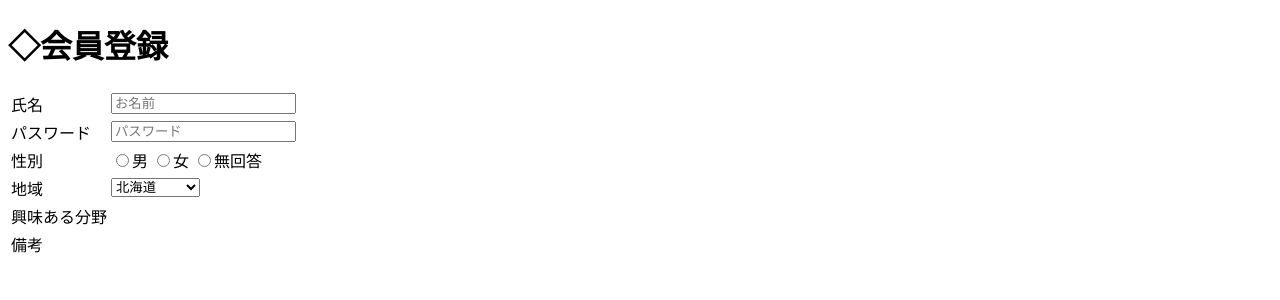
Repository: hideck/STSWorkspace
Page: Registration/src/main/resources/static/input.html
The author's editor kept a copy of each file at every save. The page is drawn from the files as they stood at one save, then again after the next save.
The browser window is 1280 px wide. The pictures show the whole page.

Above is the page before, as saved 2022-06-22 12:47:54.

### Registration/src/main/resources/static/input.html
<!doctype html>
<html lang="ja">
<head>
	<meta charset="UTF-8" />
	<title>会員登録</title>
</head>
<body>
	<h1>◇会員登録</h1>
	<table>
		<tr>
			<td>氏名</td>
			<td><input type="text" name="name" placeholder="お名前"/></td>
		</tr>
		<tr>
			<td>パスワード</td>
			<td><input type="password" name="password" placeholder="パスワード"td>
		</tr>
		<tr>
			<td>性別</td>
			<td><input type="radio" name="gender" id="1" />男
			<input type="radio" name="gender" id="2" />女
			<input type="radio" name="gender" id="3" />無回答</td>
		</tr>
		<tr>
			<td>地域</td>
			<td><select name="area">
			<option value="1">北海道</option>
			<option value="2">東北</option>
			<option value="3">関東</option>
			<option value="4">中部</option>
			<option value="5">関西</option>
			<option value="6">中国</option>
			<option value="7">四国</option>
			<option value="8">九州・沖縄</option>
			</select></td>
		</tr>
		<tr>
			<td>興味ある分野</td>
			<td></td>
		</tr>
		<tr>
			<td>備考</td>
			<td></td>
		</tr>
	</table>
</body>
</html>

After the next save:
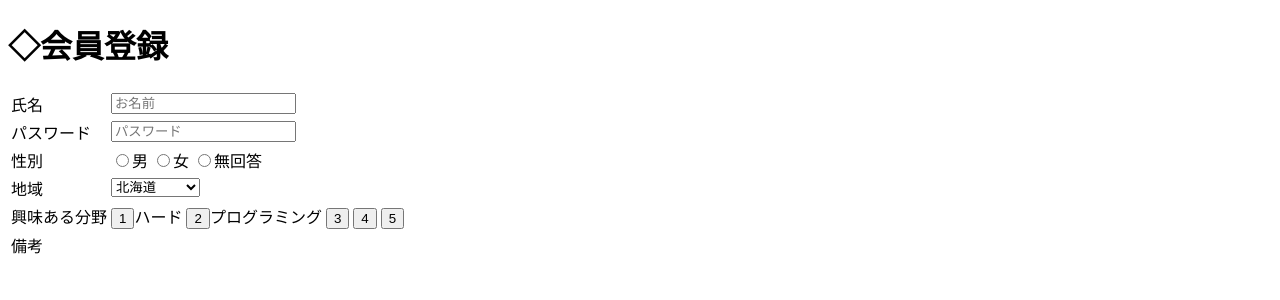
Saved 5 min 1 s later.
--- a/Registration/src/main/resources/static/input.html
+++ b/Registration/src/main/resources/static/input.html
@@ -36,7 +36,13 @@
 		</tr>
 		<tr>
 			<td>興味ある分野</td>
-			<td></td>
+			<td>
+				<input type="button" value="1" />ハード
+				<input type="button" value="2" />プログラミング
+				<input type="button" value="3" />
+				<input type="button" value="4" />
+				<input type="button" value="5" />
+			</td>
 		</tr>
 		<tr>
 			<td>備考</td>
